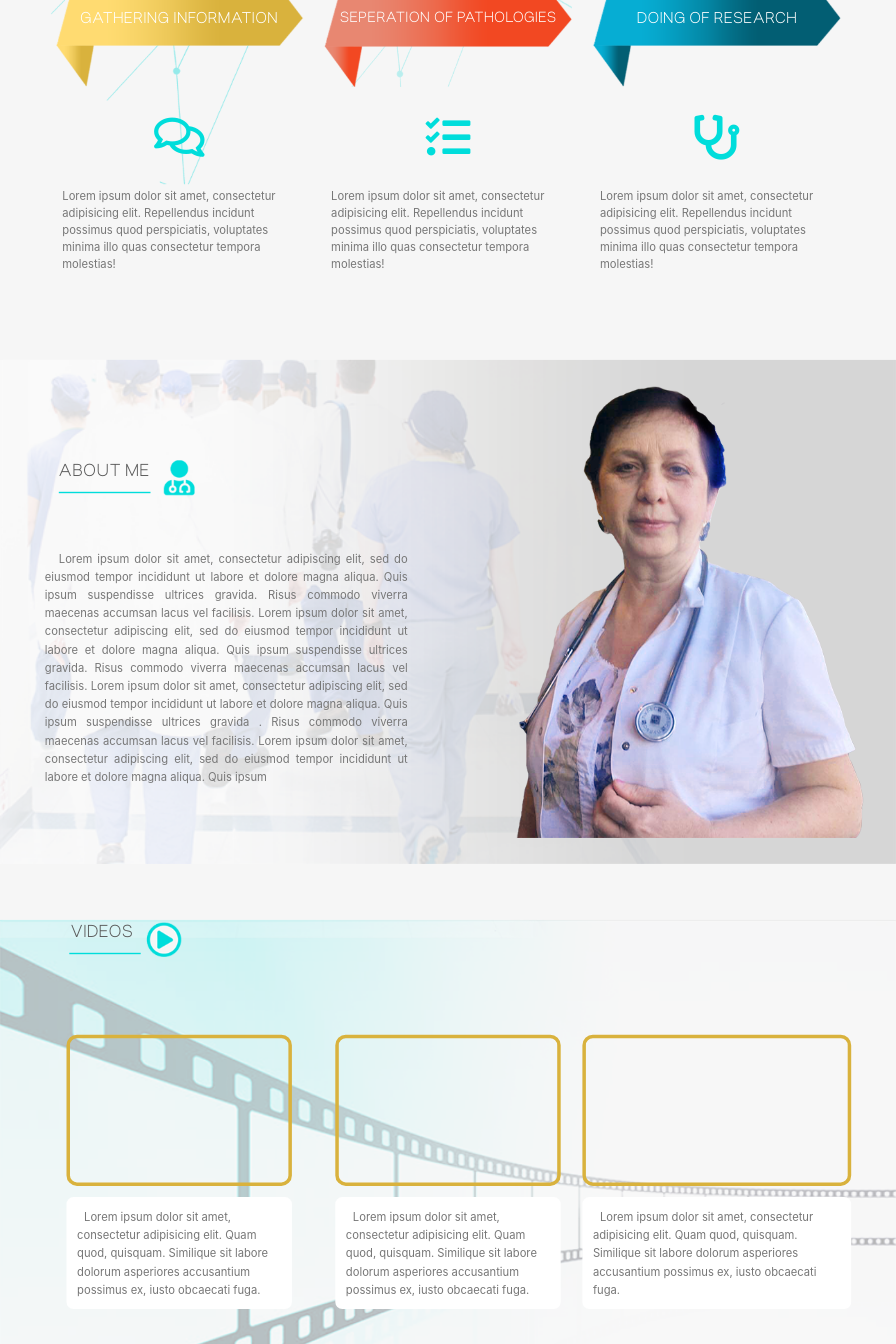
Repository: Aleksandre19/cv-ucmp
Page: index.html
The author's editor kept a record of every edit. The page is drawn from the files as they stood at one moment, then again after the next edit.
The browser window is 1280 px wide. The pictures show the part of the page from y = 1283 to 3203 px (the page is 3203 px tall), at 70% of full size.
Pictures or frames that could not be fetched are drawn as grey boxes. Backgrounds fixed to the window are drawn as part of the page. Some web libraries are served in a nearby version.

Above is the page before.

After the next edit:
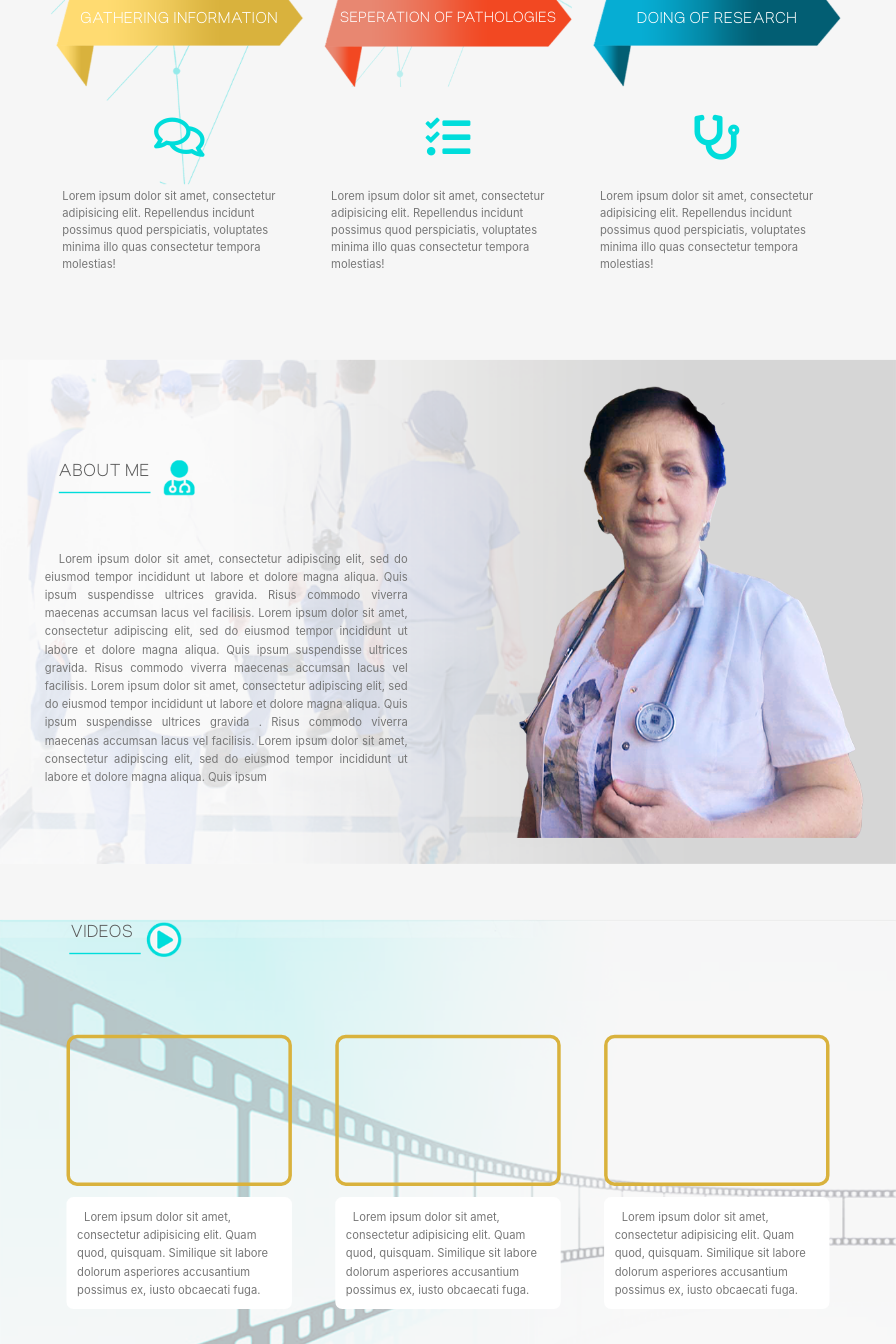
The edit:
--- a/index.html
+++ b/index.html
@@ -274,7 +274,7 @@
                             </article>
                         </div>
                     </div>
-                    <div class="d-none d-lg-block col-lg-4">
+                    <div class="d-none d-lg-block col-lg-4 video-article">
                         <div class="row">
                             <article>
                                 <iframe class="videos-frame" src="https://www.youtube.com/embed/Re6V4-Qe1eo" frameborder="0" allow="accelerometer; autoplay; encrypted-media; gyroscope; picture-in-picture" allowfullscreen></iframe>
